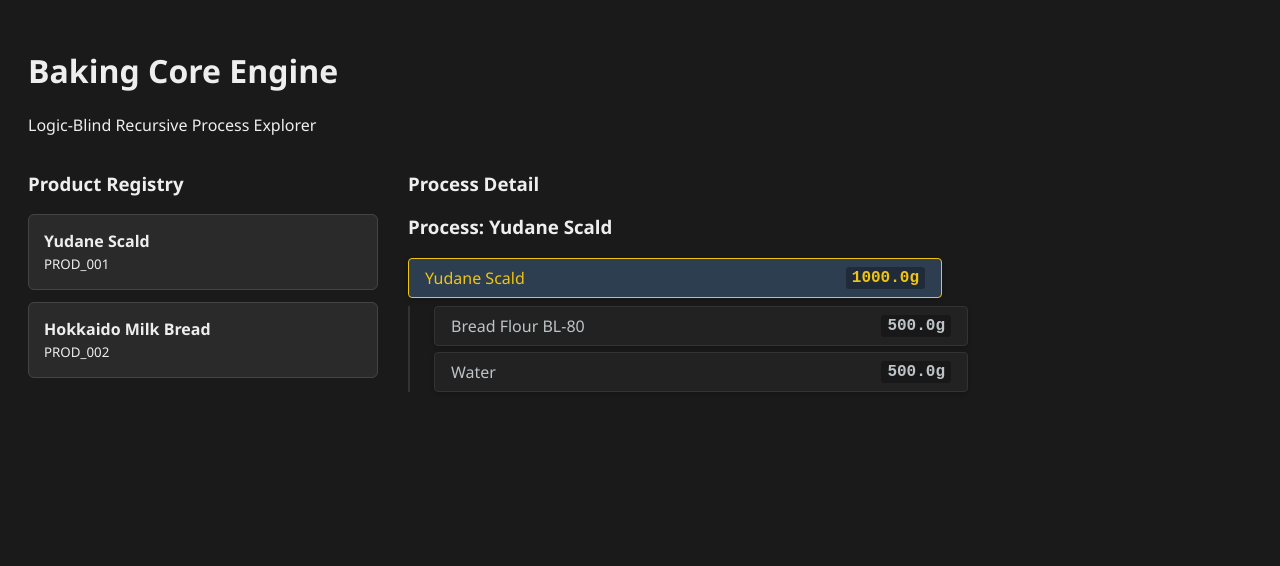
Repository: dkg11hu/baking-core
Page: index.html
These files come from the project's save history. The page is drawn as it stood at one moment and after the next save; the edit follows.
The browser window is 1280 px wide. The pictures show the whole page.
After loading, the first visible `div.recipe-card` was clicked once.

Above is the page before, as saved 2026-01-01 19:30:16.

After the next save:
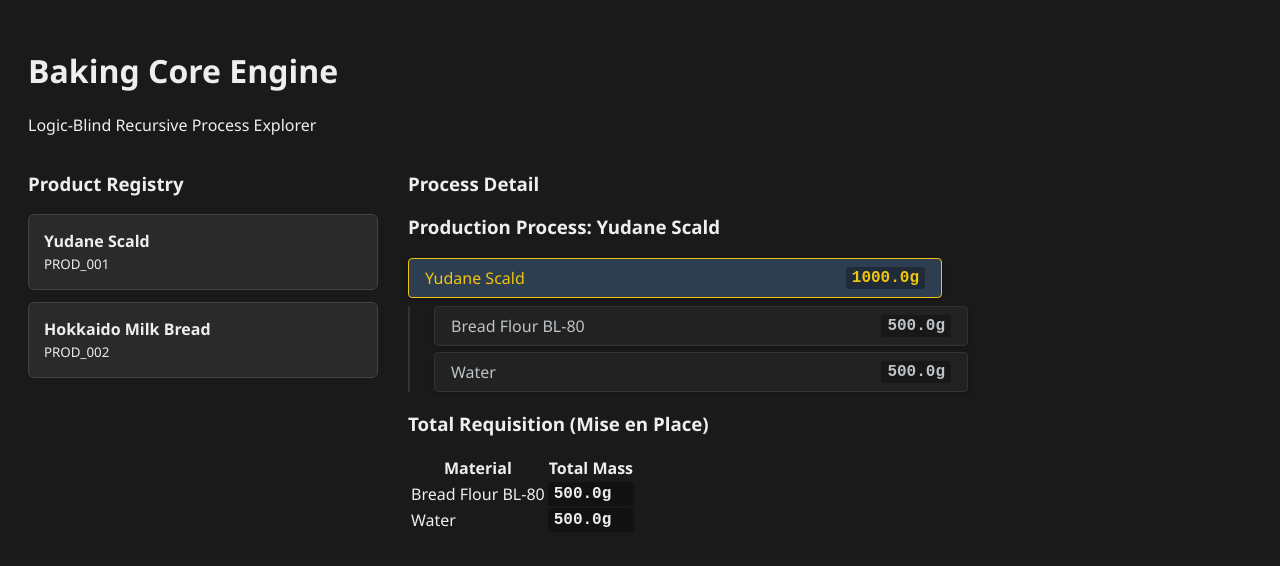
Saved 2 min 4 s later.
--- a/app.js
+++ b/app.js
@@ -53,19 +53,44 @@ function renderHierarchy(node, locale) {
 
 window.runProcess = async (id) => {
     const output = document.getElementById('output');
-    output.innerHTML = "<em>Building Process Graph...</em>";
+    output.innerHTML = "<em>Calculating totals...</em>";
 
     try {
         const resolver = new GraphResolver(ssot);
-        const hierarchy = await resolver.resolveHierarchy(id, 1000);
 
-        output.innerHTML = `
-            <h3>Process: ${locale[id] || id}</h3>
-            <div class="hierarchy-container">
-                <ul class="tree-root">${renderHierarchy(hierarchy, locale)}</ul>
-            </div>
-        `;
+        // Execute both queries in parallel
+        const [hierarchy, flatTotals] = await Promise.all([
+            resolver.resolveHierarchy(id, 1000),
+            resolver.resolve(id, 1000)
+        ]);
+
+        // 1. Render the Process Tree (as we did before)
+        let html = `<h3>Production Process: ${locale[id] || id}</h3>`;
+        html += `<div class="hierarchy-container">
+                    <ul class="tree-root">${renderHierarchy(hierarchy, locale)}</ul>
+                 </div>`;
+
+        // 2. Render the Cumulative Summary (The Shopping List)
+        html += `<div class="cumulative-summary">
+                    <h3>Total Requisition (Mise en Place)</h3>
+                    <table>
+                        <thead>
+                            <tr><th>Material</th><th>Total Mass</th></tr>
+                        </thead>
+                        <tbody>`;
+
+        for (const [mid, mass] of Object.entries(flatTotals)) {
+            html += `<tr>
+                        <td>${locale[mid] || mid}</td>
+                        <td class="mass">${mass.toFixed(1)}g</td>
+                     </tr>`;
+        }
+
+        html += `</tbody></table></div>`;
+        output.innerHTML = html;
+
     } catch (err) {
+        console.error(err);
         output.innerHTML = `<div style="color:red">Error: ${err.message}</div>`;
     }
 };
